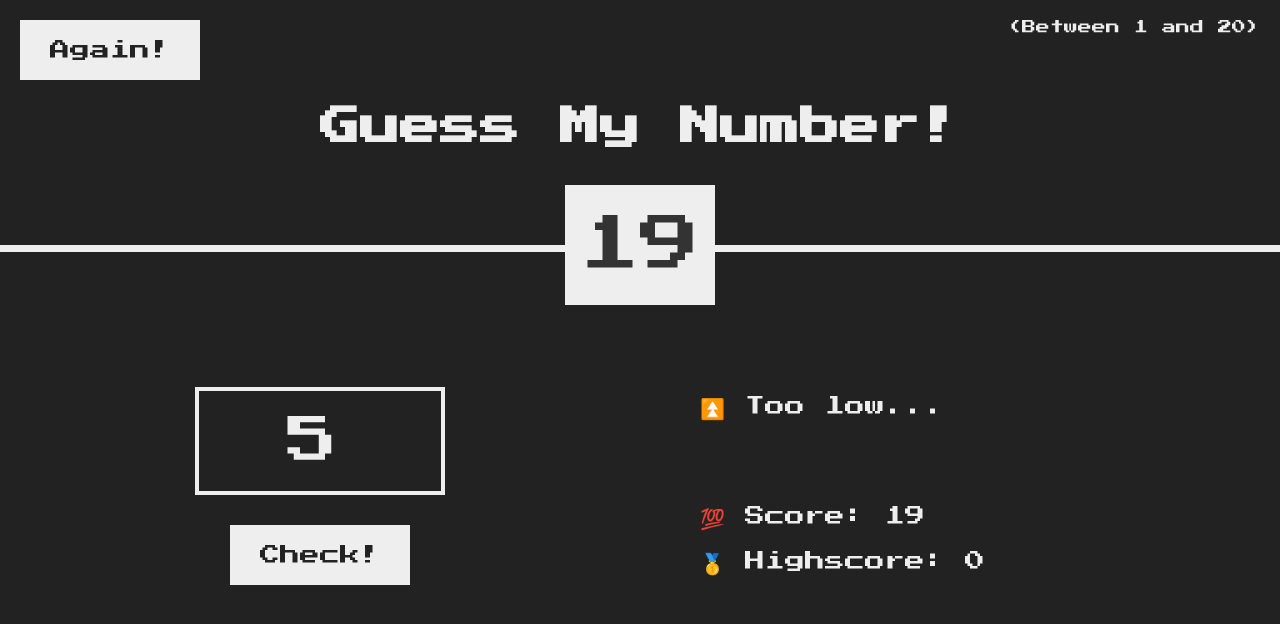
Repository: mjcanon4/guess-my-number
Page: index.html
The author's editor kept a copy of each file at every save. The page is drawn from the files as they stood at one save, then again after the next save.
The browser window is 1280 px wide. The pictures show the whole page.
Empty fields were first filled with sample values (such as "Sample", 5 or name@example.com).
After loading, the first visible `button.check` was clicked once.

Above is the page before, as saved 2021-02-04 23:42:04.

After the next save:
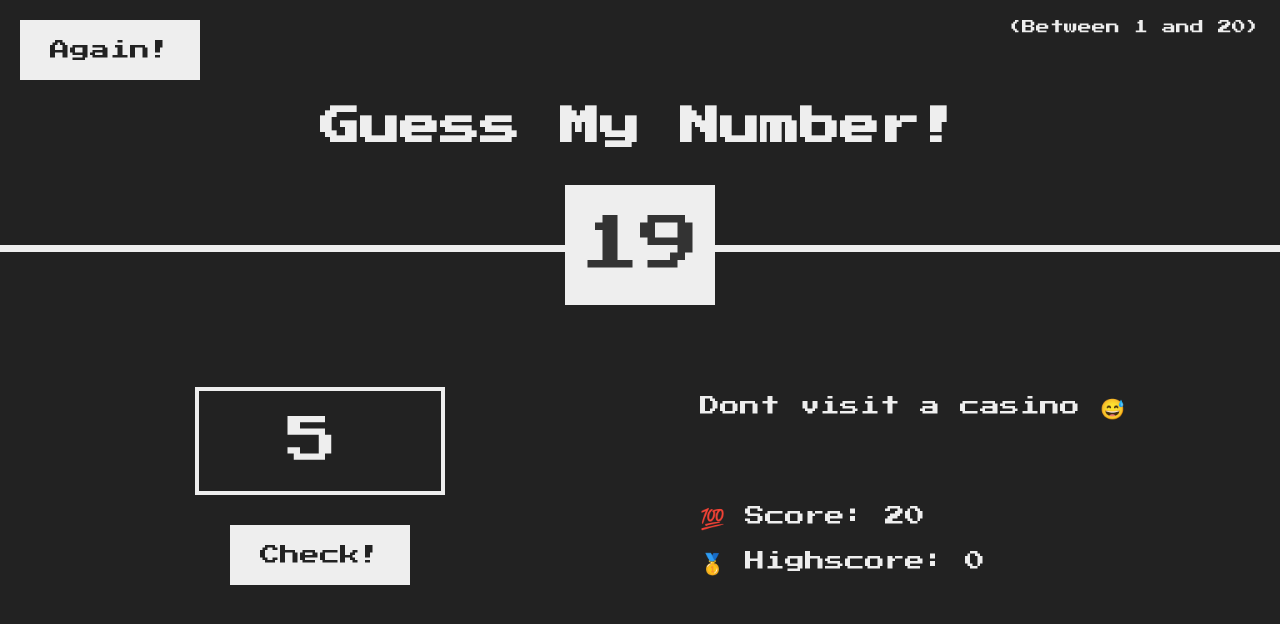
Saved 111 s later.
--- a/index.js
+++ b/index.js
@@ -27,8 +27,12 @@
       document.querySelector(".message").textContent = "Dont visit a casino 😅";
     }
   } else if (guess < number) {
-    document.querySelector(".message").textContent = "⏫ Too low...";
-    score--;
-    document.querySelector(".score").textContent = score;
+    if (score < 1) {
+      document.querySelector(".message").textContent = "⏫ Too low...";
+      score--;
+      document.querySelector(".score").textContent = score;
+    } else {
+      document.querySelector(".message").textContent = "Dont visit a casino 😅";
+    }
   }
 });

After the 4 saves that followed:
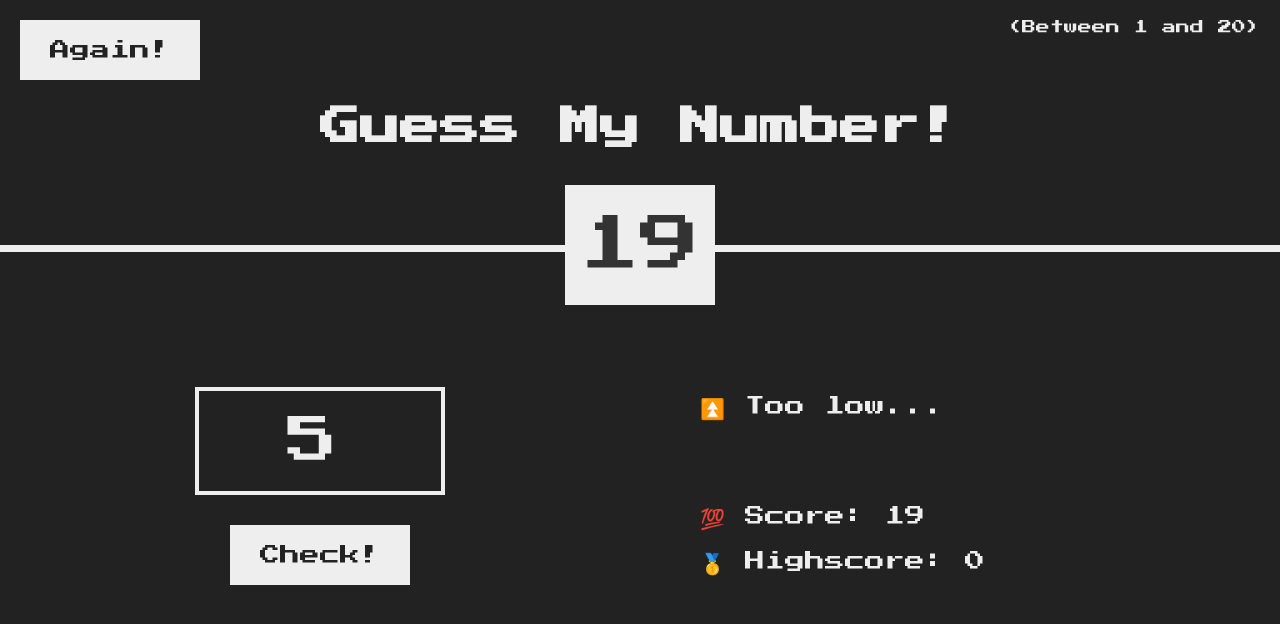
The 4 saves are shown as one change because 3 left the picture as it was.
The last was saved 3 min 57 s later.
--- a/index.js
+++ b/index.js
@@ -25,14 +25,11 @@
       document.querySelector(".score").textContent = score;
     } else {
       document.querySelector(".message").textContent = "Dont visit a casino 😅";
+      document.querySelector(".score").textContent = 0;
     }
   } else if (guess < number) {
-    if (score < 1) {
-      document.querySelector(".message").textContent = "⏫ Too low...";
-      score--;
-      document.querySelector(".score").textContent = score;
-    } else {
-      document.querySelector(".message").textContent = "Dont visit a casino 😅";
-    }
+    document.querySelector(".message").textContent = "⏫ Too low...";
+    score--;
+    document.querySelector(".score").textContent = score;
   }
 });
